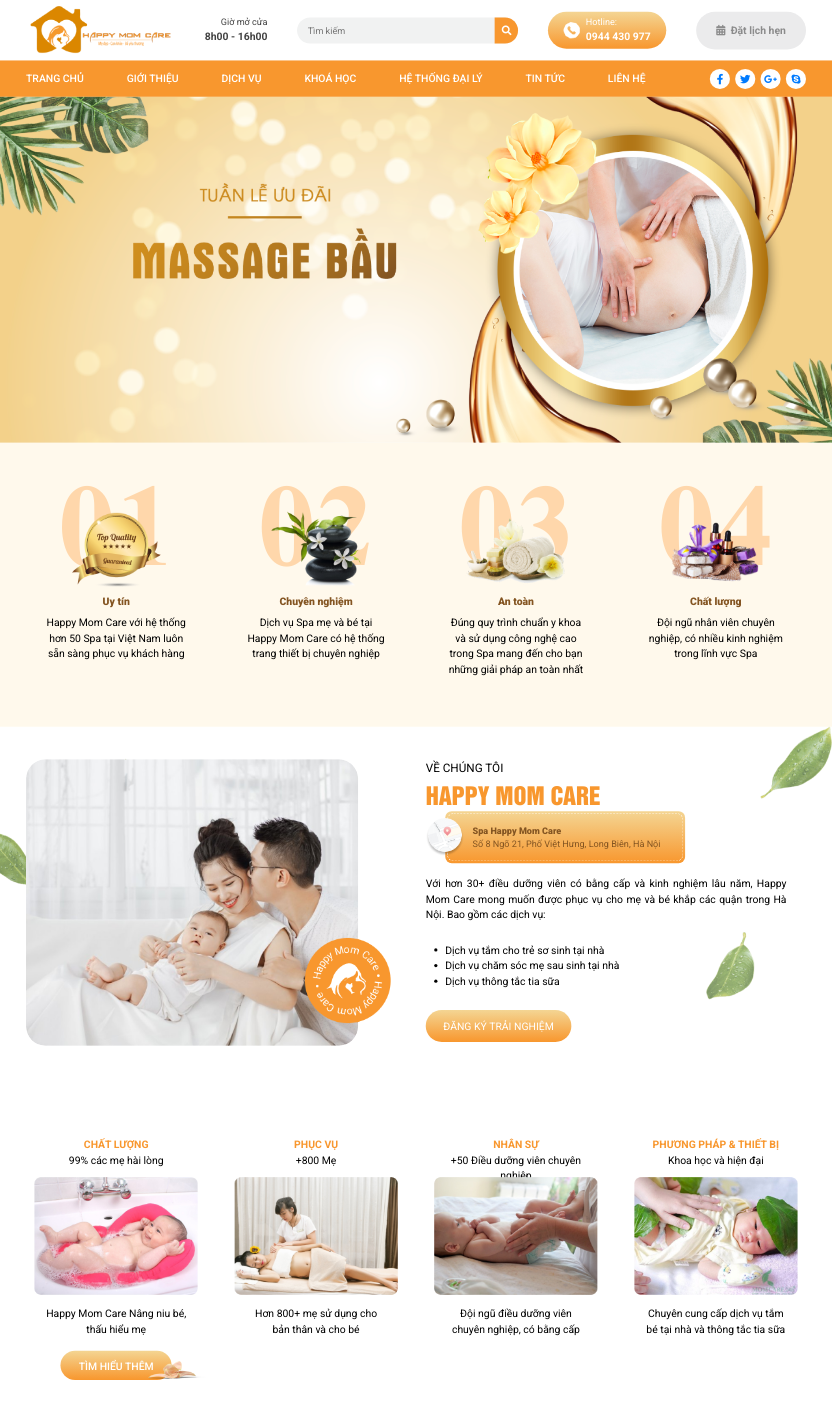
Repository: haianh12082001/happymom
Page: index.html
The author's editor kept a copy of each file at every save. The page is drawn from the files as they stood at one save, then again after the next save.
The browser window is 1280 px wide. The pictures show the whole page, at 65% of full size.
Some web libraries are served in a nearby version. The style sheet was rebuilt from its Sass, Less or Tailwind sources for each picture, by a compiler version that may differ from the author's.

Above is the page before, as saved 2021-11-16 08:41:42.

### index.html
<!DOCTYPE html>
<html lang="en">
    <head>
        <meta charset="UTF-8" />
        <meta http-equiv="X-UA-Compatible" content="IE=edge" />
        <meta name="viewport" content="width=device-width, initial-scale=1.0" />
        <title>Document</title>
        <link href="https://fonts.googleapis.com/css2?family=Roboto:wght@300;400;500;700;900&display=swap" rel="stylesheet" />
        <link rel="stylesheet" href="./assets/fonts/fontawesome-free-5.15.3/css/all.min.css" />
        <link
            rel="stylesheet"
            href="https://cdn.jsdelivr.net/npm/bootstrap@4.6.0/dist/css/bootstrap.min.css"
            integrity="sha384-B0vP5xmATw1+K9KRQjQERJvTumQW0nPEzvF6L/Z6nronJ3oUOFUFpCjEUQouq2+l"
            crossorigin="anonymous"
        />
        <link rel="stylesheet" href="./assets/css/app.css" />
    </head>
    <body>
        <div class="topbar">
            <div class="topbar__container container">
                <div class="topbar__logo">
                    <img src="./assets/img/logo.png" alt="" />
                </div>
                <div class="topbar__openTime">
                    <div class="openTime__text">Giờ mở cửa</div>
                    <div class="openTime__time">8h00 - 16h00</div>
                </div>
                <div class="topbar__seach">
                    <input type="text" name="" id="" placeholder="Tìm kiếm" />
                    <button class="button__seach">
                        <i class="fas fa-search r"></i>
                    </button>
                </div>
                <div class="topbar__hotline">
                    <div class="hotline__icon">
                        <img src="./assets/img/icon__phone.png" alt="" />
                    </div>
                    <div class="hotline__text">
                        <p class="hotline__text--top">Hotline:</p>
                        <p class="hotline__text--bottom">0944 430 977</p>
                    </div>
                </div>
                <div class="topbar__book">
                    <div class="book__icon">
                        <i class="fas fa-calendar-alt"></i>
                    </div>
                    <p class="book__text">Đặt lịch hẹn</p>
                </div>
            </div>
        </div>
        <header class="header">
            <div class="header__container container">
                <ul class="header__list">
                    <li class="header__item">
                        <a href="#" class="header__link">Trang chủ</a>
                    </li>
                    <li class="header__item">
                        <a href="#" class="header__link">Giới thiệu</a>
                    </li>
                    <li class="header__item">
                        <a href="#" class="header__link">Dịch vụ</a>
                    </li>
                    <li class="header__item">
                        <a href="#" class="header__link">Khoá học</a>
                    </li>
                    <li class="header__item">
                        <a href="#" class="header__link">Hệ thống đại lý</a>
                    </li>
                    <li class="header__item">
                        <a href="#" class="header__link">Tin tức</a>
                    </li>
                    <li class="header__item">
                        <a href="#" class="header__link">Liên hệ</a>
                    </li>
                </ul>
                <ul class="header__social">
                    <li>
                        <a href="#">
                            <i class="fab fa-facebook-f"></i>
                        </a>
                    </li>
                    <li>
                        <a href="#">
                            <i class="fab fa-twitter"></i>
                        </a>
                    </li>
                    <li>
                        <a href="#">
                            <i class="fab fa-google-plus-g"></i>
                        </a>
                    </li>
                    <li>
                        <a href="#">
                            <i class="fab fa-skype"></i>
                        </a>
                    </li>
                </ul>
            </div>
        </header>
        <section class="banner">
            <div class="banner__content">
                <div class="banner__img">
                    <img src="./assets/img/banner/Rectangle 28.png" alt="" />
                </div>
                <!-- <div class="banner__phone">
                    <div class="icon">
                        <i class="fas fa-phone-alt"></i>
                    </div>
                    <div class="text">0944 430 977</div>
                </div> -->
            </div>
        </section>
        <section class="bannerAdv">
            <div class="bannerAdv__container container">
                <div class="row">
                    <div class="bannerAdv__item col-lg-3">
                        <div class="bannerAdv__item--top">
                            <div class="text">01</div>
                            <img src="./assets/img/bannerAdv/pngwing 6.png" alt="" />
                        </div>
                        <div class="bannerAdv__item--bottom">
                            <div class="name">Uy tín</div>
                            <p class="des">Happy Mom Care với hệ thống hơn 50 Spa tại Việt Nam luôn sẵn sàng phục vụ khách hàng</p>
                        </div>
                    </div>
                    <div class="bannerAdv__item col-lg-3">
                        <div class="bannerAdv__item--top">
                            <div class="text">02</div>
                            <img src="./assets/img/bannerAdv/pngwing 8.png" alt="" />
                        </div>
                        <div class="bannerAdv__item--bottom">
                            <div class="name">Chuyên nghiệm</div>
                            <p class="des">Dịch vụ Spa mẹ và bé tại Happy Mom Care có hệ thống trang thiết bị chuyên nghiệp</p>
                        </div>
                    </div>
                    <div class="bannerAdv__item col-lg-3">
                        <div class="bannerAdv__item--top">
                            <div class="text">03</div>
                            <img src="./assets/img/bannerAdv/pngwing 9.png" alt="" />
                        </div>
                        <div class="bannerAdv__item--bottom">
                            <div class="name">An toàn</div>
                            <p class="des">Đúng quy trình chuẩn y khoa và sử dụng công nghệ cao trong Spa mang đến cho bạn những giải pháp an toàn nhất</p>
                        </div>
                    </div>
                    <div class="bannerAdv__item col-lg-3">
                        <div class="bannerAdv__item--top">
                            <div class="text">04</div>
                            <img src="./assets/img/bannerAdv/pngwing 10.png" alt="" />
                        </div>
                        <div class="bannerAdv__item--bottom">
                            <div class="name">Chất lượng</div>
                            <p class="des">Đội ngũ nhân viên chuyên nghiệp, có nhiều kinh nghiệm trong lĩnh vực Spa</p>
                        </div>
                    </div>
                </div>
            </div>
        </section>
        <section class="introduce">
            <div class="introduce__container container">
                <div class="row">
                    <div class="col-lg-6">
                        <div class="introduce__img">
                            <img src="./assets/img/Rectangle 33.png" alt="" />
                        </div>
                    </div>
                    <div class="col-lg-6">
                        <div class="introduce__heading">Về chúng tôi</div>
                        <div class="introduce__name">Happy mom care</div>
                        <div class="introduce__address">
                            <div class="introduce__address--img">
                                <img src="./assets/img/Ellipse 29.png" alt="" />
                            </div>
                            <div class="introduce__address--text">
                                <p>Spa Happy Mom Care</p>
                                <span>Số 8 Ngõ 21, Phố Việt Hưng, Long Biên, Hà Nội</span>
                            </div>
                        </div>
                        <div class="introduce__text">
                            <p>
                                Với hơn 30+ điều dưỡng viên có bằng cấp và kinh nghiệm lâu năm, Happy Mom Care mong muốn được phục vụ cho mẹ và bé khắp các quận
                                trong Hà Nội. Bao gồm các dịch vụ:
                            </p>
                            <ul class="text__list">
                                <li>Dịch vụ tắm cho trẻ sơ sinh tại nhà</li>
                                <li>Dịch vụ chăm sóc mẹ sau sinh tại nhà</li>
                                <li>Dịch vụ thông tắc tia sữa</li>
                            </ul>
                        </div>
                        <div class="introduce__btn">
                            <a href="">Đăng ký trải nghiệm</a>
                        </div>
                    </div>
                </div>
            </div>
        </section>
        <section class="blog">
            <div class="blog__container container">
                <div class="row">
                    <div class="blog__item col-lg-3">
                        <div class="blog__name">Chất lượng</div>
                        <div class="blog__subname">99% các mẹ hài lòng</div>
                        <div class="blog__img">
                            <img src="./assets/img/blog/Rectangle 35 (3).png" alt="" />
                        </div>
                        <div class="blog__des">Happy Mom Care Nâng niu bé, thấu hiểu mẹ</div>
                        <div class="blog__btn btn">
                            <a href="">Tìm hiểu thêm</a>
                            <img class="blog__btn--img" src="./assets/img/blog/plant 1.png" alt="" />
                        </div>
                    </div>
                    <div class="blog__item col-lg-3">
                        <div class="blog__name">Phục vụ</div>
                        <div class="blog__subname">+800 Mẹ</div>
                        <div class="blog__img">
                            <img src="./assets/img/blog/Rectangle 35 (4).png" alt="" />
                        </div>
                        <div class="blog__des">Hơn 800+ mẹ sử dụng cho bản thân và cho bé</div>
                    </div>
                    <div class="blog__item col-lg-3">
                        <div class="blog__name">Nhân sự</div>
                        <div class="blog__subname">+50 Điều dưỡng viên chuyên nghiệp</div>
                        <div class="blog__img">
                            <img src="./assets/img/blog/Rectangle 35 (5).png" alt="" />
                        </div>
                        <div class="blog__des">Đội ngũ điều dưỡng viên chuyên nghiệp, có bằng cấp</div>
                    </div>
                    <div class="blog__item col-lg-3">
                        <div class="blog__name">PHƯƠNG PHÁP & THIẾT BỊ</div>
                        <div class="blog__subname">Khoa học và hiện đại</div>
                        <div class="blog__img">
                            <img src="./assets/img/blog/Rectangle 35 (6).png" alt="" />
                        </div>
                        <div class="blog__des">Chuyên cung cấp dịch vụ tắm bé tại nhà và thông tắc tia sữa</div>
                    </div>
                </div>
            </div>
        </section>
        <script type="text/javascript" src="https://code.jquery.com/jquery-1.11.0.min.js"></script>
        <script type="text/javascript" src="https://code.jquery.com/jquery-migrate-1.2.1.min.js"></script>
        <script
            src="https://cdnjs.cloudflare.com/ajax/libs/bootstrap/4.6.0/js/bootstrap.min.js"
            integrity="sha512-XKa9Hemdy1Ui3KSGgJdgMyYlUg1gM+QhL6cnlyTe2qzMCYm4nAZ1PsVerQzTTXzonUR+dmswHqgJPuwCq1MaAg=="
            crossorigin="anonymous"
            referrerpolicy="no-referrer"
        ></script>
        <script type="text/javascript" src="https://cdn.jsdelivr.net/npm/slick-carousel@1.8.1/slick/slick.min.js"></script>
        <script src="./assets/js/main.js"></script>
    </body>
</html>

### assets/sass/app.scss
@import "variables";
@import "reset";
@import "global";
@import "topbar";
@import "header";
@import "banner";
@import "bannerAdv";
@import "introduce";
@import "blog";

### assets/sass/_variables.scss
$font-family: "Roboto", sans-serif;
$color-global: #f8972e;
$text-color: #000000;

### assets/sass/_reset.scss
html {
    box-sizing: border-box;
    scroll-behavior: smooth;
}
* {
    margin: 0;
    padding: 0;
}
*,
*:before,
*:after {
    box-sizing: border-box;
}
input,
textarea,
select,
button {
    outline: none;
}
input {
    line-height: normal;
    outline: none;
    box-shadow: none;
}
input:focus {
    outline: 0;
    border: none;
    box-shadow: none;
}
ul,
li {
    margin: 0;
    padding: 0;
    list-style: none;
}
label,
button {
    cursor: pointer;
}
a {
    text-decoration: none;
    &:hover {
        text-decoration: none;
    }
}
img {
    display: block;
    max-width: 100%;
}

### assets/sass/_global.scss
@font-face {
    font-family: "UTM";
    font-display: swap;
    src: url("../fonts/word/UTM\ HelvetIns.ttf") format("truetype");
}
@font-face {
    font-family: "Time";
    font-display: swap;
    src: url("../fonts/word/timesbd.ttf") format("truetype");
}
body {
    font-family: $font-family;
    margin: 0;
    padding: 0;
    width: 100%;
    font-size: 16px;
    color: $text-color;
}
.container {
    max-width: 1230px;
    margin: 0 auto;
    padding: 0 15px;
}

### assets/sass/_topbar.scss
.topbar {
    height: 93px;
    display: flex;
    align-items: center;
    &__container {
        display: flex;
        align-items: center;
        justify-content: space-between;
    }
    &__logo {
        img {
            max-width: 229px;
            max-height: 84px;
            object-fit: cover;
        }
    }
    &__openTime {
        color: #424242;
        text-align: right;
        .openTime__text {
            font-size: 14px;
            font-weight: 400;
        }
        .openTime__time {
            font-weight: 700;
        }
    }
    &__seach {
        position: relative;
        input {
            width: 340px;
            max-width: 340px;
            background: #f1f2f2;
            padding: 12px 16px;
            font-size: 14px;
            color: #7f808c;
            border: none;
            border-radius: 101px;
        }
        .button__seach {
            position: absolute;
            top: 50%;
            right: 0;
            transform: translateY(-50%);
            border: none;
            width: 36px;
            height: 40px;
            border-radius: 0px 101px 101px 0px;
            background: $color-global;
            i {
                font-size: 15px;
                color: #fff;
            }
        }
    }
    &__hotline {
        background: linear-gradient(180deg, #f4d593 0%, #f8972e 100%);
        border-radius: 50px;
        padding: 6px 24px;
        display: flex;
        .hotline__icon {
            display: flex;
            align-items: center;
            margin-right: 9px;
        }
        .hotline__text {
            p {
                margin-bottom: 0;
                color: #fff;
            }
            &--top {
                font-size: 14px;
                font-weight: 400;
            }
            &--bottom {
                font-weight: 700;
            }
        }
    }
    &__book {
        display: flex;
        align-items: center;
        padding: 17px 31px;
        color: #8b8b8b;
        background: #ebebec;
        border-radius: 100px;
        .book__icon {
            margin-right: 8px;
        }
        .book__text {
            margin-bottom: 0;
            font-weight: 700;
        }
    }
}

### assets/sass/_header.scss
.header {
    // height: 59px;
    background: $color-global;
    &__container {
        display: flex;
        justify-content: space-between;
        align-items: center;
    }
    &__list {
        display: flex;
        justify-content: space-between;
        text-transform: uppercase;
        align-items: center;
        // column-gap: 66px;
    }
    &__item {
        margin-left: 66px;
        padding: 16px 0;
        &:first-child {
            margin-left: 0;
        }
    }
    &__link {
        color: #fff;
        font-weight: 500;
    }
    &__social {
        display: flex;
        align-items: center;
        li {
            width: 31px;
            height: 31px;
            background: #fff;
            border-radius: 50%;
            margin-left: 8px;
            i {
                display: flex;
                height: 100%;
                justify-content: center;
                align-items: center;
            }
        }
    }
}

### assets/sass/_banner.scss
.banner {
    position: relative;
    &__img img {
        width: 100%;
        max-height: 598px;
    }
    &__phone {
        color: #845522;
        display: flex;
        .text {
            font-family: "UTM";
        }
    }
}

### assets/sass/_bannerAdv.scss
.bannerAdv {
    background: #fff9ec;
    padding: 25px 0 60px;
    &__container {
    }
    &__item {
        padding: 0px 46px;
        display: flex;
        flex-direction: column;
        align-items: center;
        &--top {
            position: relative;
            display: inline-block;
            max-width: 180px;
            height: 207px;

            .text {
                color: #ffd7ab;
                font-size: 180px;
                font-weight: 700;
                font-family: "Time";
                line-height: 206px;
            }
            img {
                position: absolute;
                bottom: 10px;
                left: 50%;
                transform: translateX(-50%);
            }
        }
        &--bottom {
            text-align: center;
            .name {
                color: #845522;
                margin-bottom: 9px;
                font-weight: 900;
            }
        }
    }
}

### assets/sass/_introduce.scss
.introduce {
    background-image: url("../img/intro.png");
    background-repeat: no-repeat;
    background-size: 100%;
    padding-top: 50px;
    padding-bottom: 60px;
    &__img {
        width: 511px;
        height: 441px;
        position: relative;

        img {
            width: 100%;
            height: 100%;
            object-fit: cover;
            border-radius: 30px;
        }
        &::before {
            content: "";
            position: absolute;
            width: 132px;
            height: 131px;
            background-image: url("../img/Group\ 2.png");
            bottom: 35px;
            right: -50px;
        }
    }
    &__heading {
        text-transform: uppercase;
        font-weight: 400;
        font-size: 18px;
    }
    &__name {
        text-transform: uppercase;
        font-family: "UTM";
        color: $color-global;
        font-size: 36px;
        line-height: 53px;
    }
    &__address {
        padding-left: 30px;
        position: relative;
        margin-bottom: 20px;
        &--img {
            width: 59px;
            height: 59px;
            position: absolute;
            z-index: 2;
            left: 0;
            top: 50%;
            transform: translateY(-50%);
            img {
                width: 100%;
                height: 100%;
                object-fit: cover;
            }
        }
        &--text {
            padding: 20px 10px 20px 42px;
            background: linear-gradient(180deg, #f4d593 0%, #f8972e 100%);
            border-radius: 10px;
            position: relative;
            width: 369px;
            font-size: 14px;
            color: #845522;
            line-height: 20px;
            z-index: 1;

            &::before {
                content: "";
                position: absolute;
                width: calc(100% - 6px);
                height: calc(100% - 6px);
                top: 3px;
                left: 3px;
                right: 3px;
                bottom: 3px;
                border: 1px dashed #ffffff;
                box-sizing: border-box;
                border-radius: 10px;
            }
            p {
                margin: 0;
                font-weight: 900;
            }
            span {
                font-weight: 400;
            }
        }
    }
    &__text {
        text-align: justify;
        padding-right: 30px;
        margin-bottom: 45px;
        p {
            margin-bottom: 30px;
        }
        .text__list {
            margin-top: 10px;
            padding-left: 30px;

            li {
                list-style: disc;
            }
        }
    }
    &__btn {
        display: initial;
        a {
            text-transform: uppercase;
            color: #fff;
            background: linear-gradient(180deg, #f4d593 0%, #f8972e 100%);
            border-radius: 50px;
            padding: 15px 27px;
        }
    }
}

### assets/sass/_blog.scss
.blog {
    padding-top: 40px;
    &__item {
        padding: 40px 28px 55px 28px;
    }
    &__name {
        text-align: center;
        text-transform: uppercase;
        color: $color-global;
        font-weight: 700;
    }
    &__subname {
        text-align: center;
        // margin-bottom: 13px;
        height: 38px;
    }
    &__des {
        text-align: center;
        padding: 17px;
        display: -webkit-box;
        -webkit-line-clamp: 2;
        -webkit-box-orient: vertical;
        overflow: hidden;
        text-overflow: ellipsis;
        word-break: break-word;
        // height: 59px;
    }
    &__btn {
        text-align: center;
        margin-top: 10px;
        position: relative;
        display: inherit;
        a {
            padding: 15px 28px 11px 28px;
            background: linear-gradient(180deg, #f4d593 0%, #f8972e 100%);
            border-radius: 50px;
            text-transform: uppercase;
            color: #fff;
            font-weight: 500;
        }
        &--img {
            position: absolute;
            bottom: 0;
            right: 0;
            transform: translateX(25%);
        }
    }
}

Loaded but not shown: assets/fonts/fontawesome-free-5.15.3/css/all.min.css (library); assets/js/main.js (no copy from this time; the picture is the same without it)

After the next save:
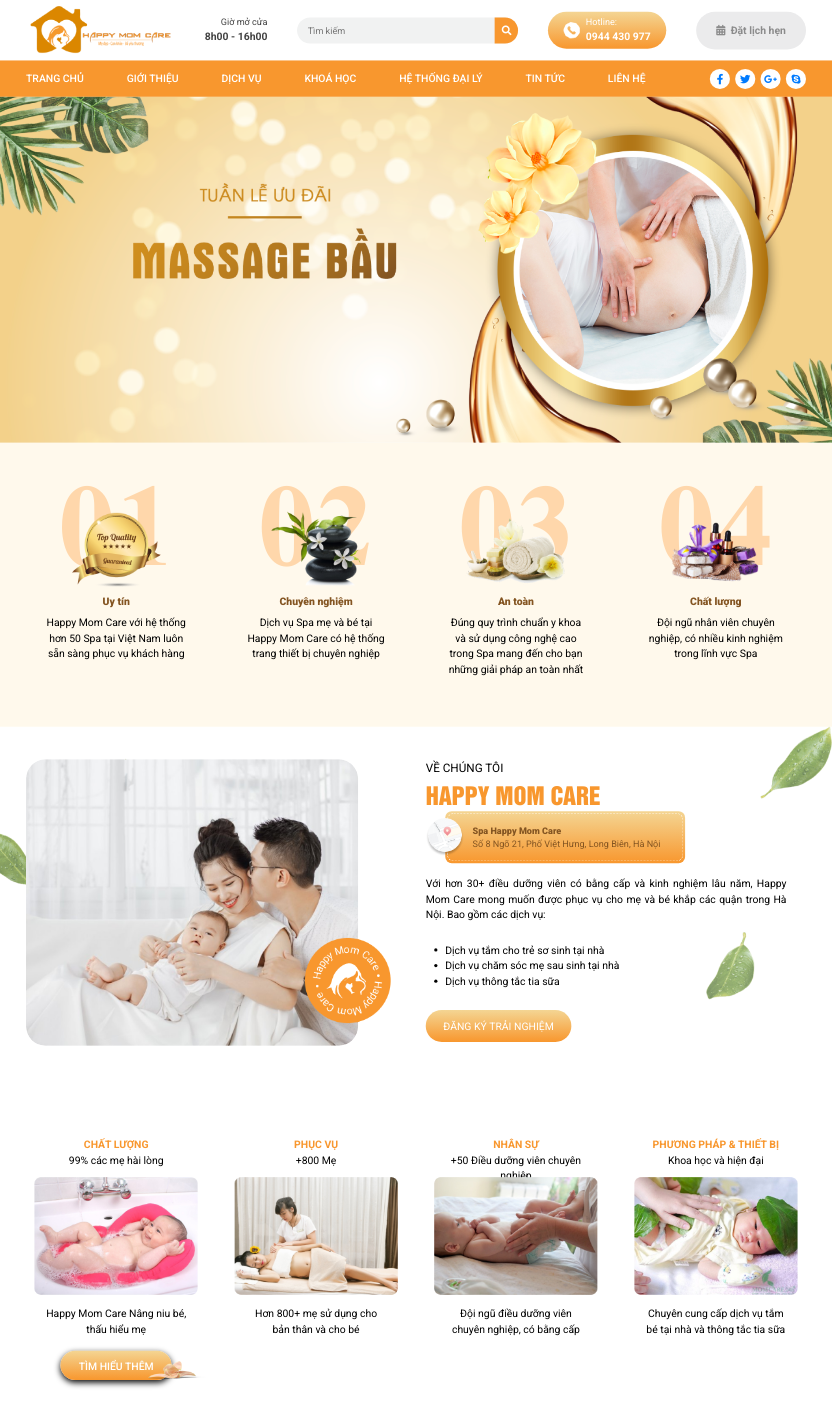
Saved 95 s later.
--- a/assets/sass/_blog.scss
+++ b/assets/sass/_blog.scss
@@ -37,6 +37,7 @@
             text-transform: uppercase;
             color: #fff;
             font-weight: 500;
+            box-shadow: 0 4px 10px rgba($color: #000000, $alpha: 1);
         }
         &--img {
             position: absolute;
